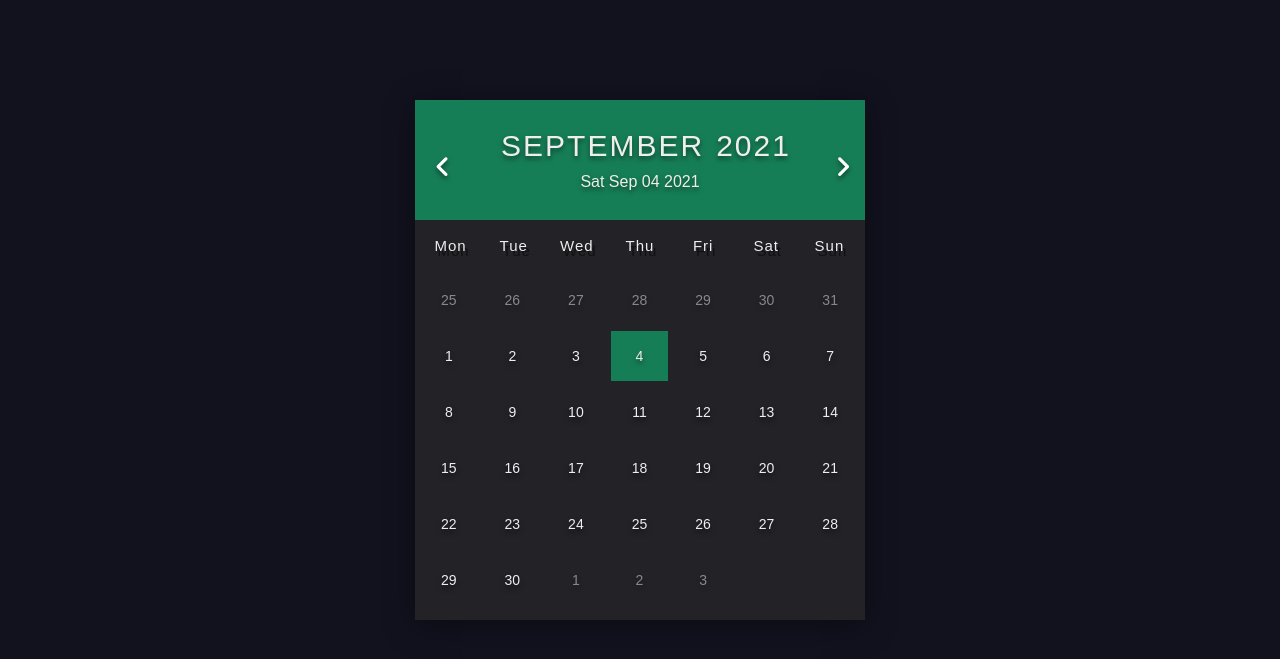
Repository: dboinska/calendar
Page: index.html
An editor plug-in stored every save of this project. The page is shown before and after the next save, followed by the edit.
The browser window is 1280 px wide. The pictures show the whole page.
After loading, the first visible `p.currentDate` was clicked once.
Some web libraries are served in a nearby version.

Above is the page before, as saved 2021-09-06 19:46:36.
Console error: ReferenceError: monthDays is not defined

After the next save:
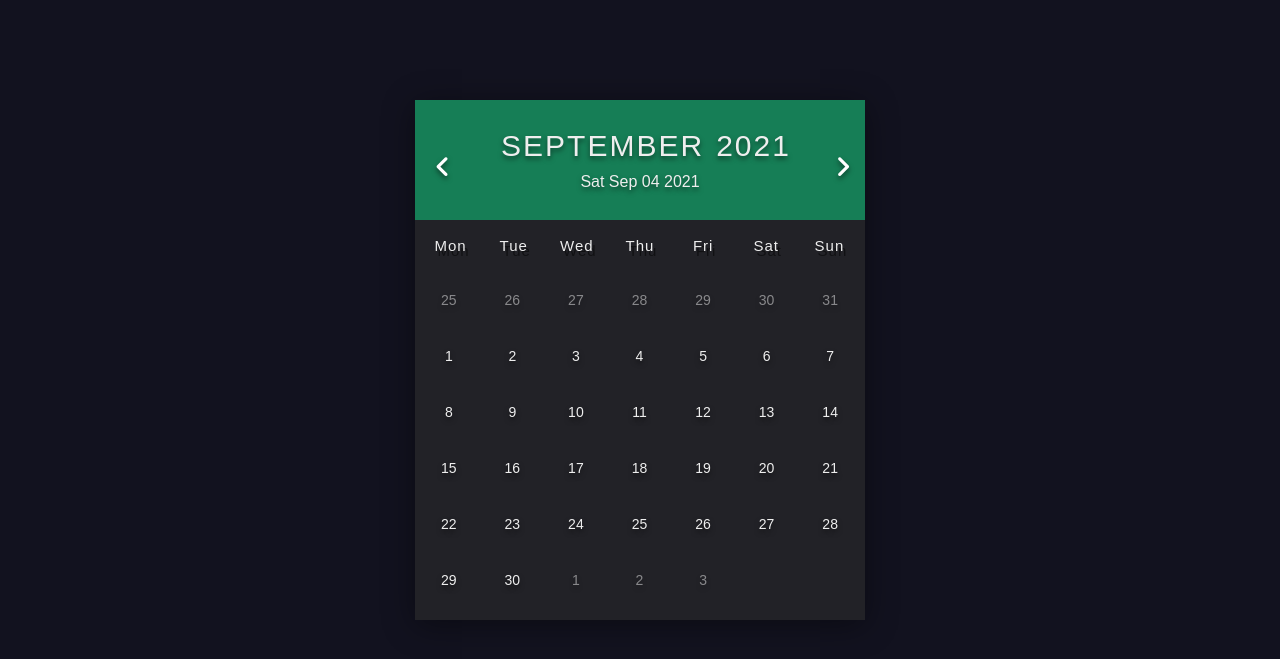
The error is gone.
Saved 37 s later.
--- a/script.js
+++ b/script.js
@@ -164,6 +164,7 @@
 const currentDate = document.querySelector(".currentDate");
 currentDate.addEventListener("click", () => {
   const today = document.querySelector(".today");
+  const monthDays = document.querySelector(".days");
   today.classList.add("clickedDay");
   const findClickedDay = [...monthDays.childNodes].find((day) => {
     return day.classList.contains("clickedDay");
